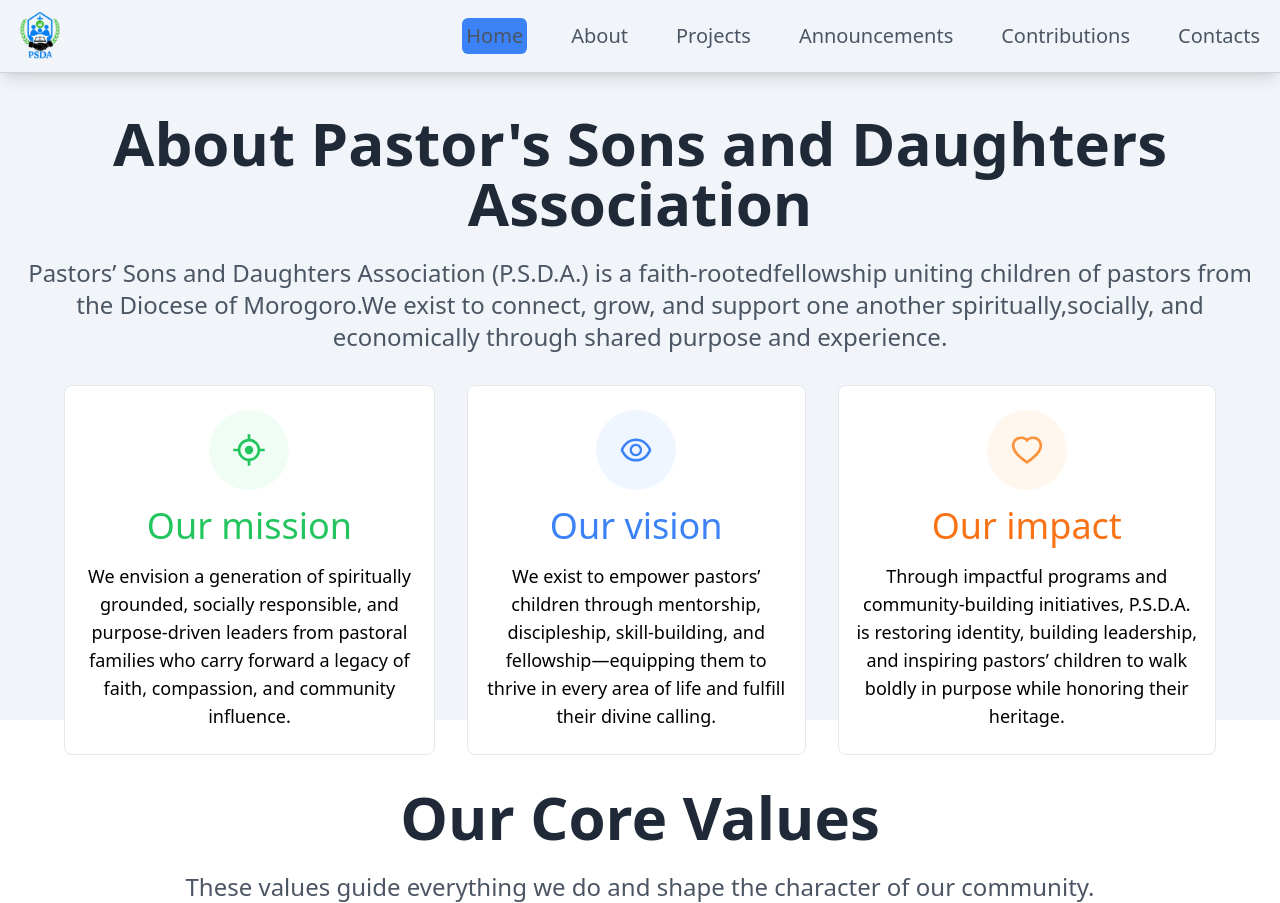
Repository: Zedestar/psda
Page: /about
These files come from the project's save history. The page is drawn as it stood at one moment and after the next save; the edit follows.
The browser window is 1280 px wide. The pictures show the whole page.
The project was rebuilt for these pictures with package versions that can differ from the ones it lists, and the page was loaded fresh each time. Also part of the build but not shown: src/pages/home/home.jsx, src/pages/projects/projects.jsx, src/pages/announcements/announcements.jsx, src/pages/contirbutions/contributions.jsx, src/pages/contacts/contacts.jsx.

Above is the page before, as saved 2025-07-19 08:28:31.

After the next save:
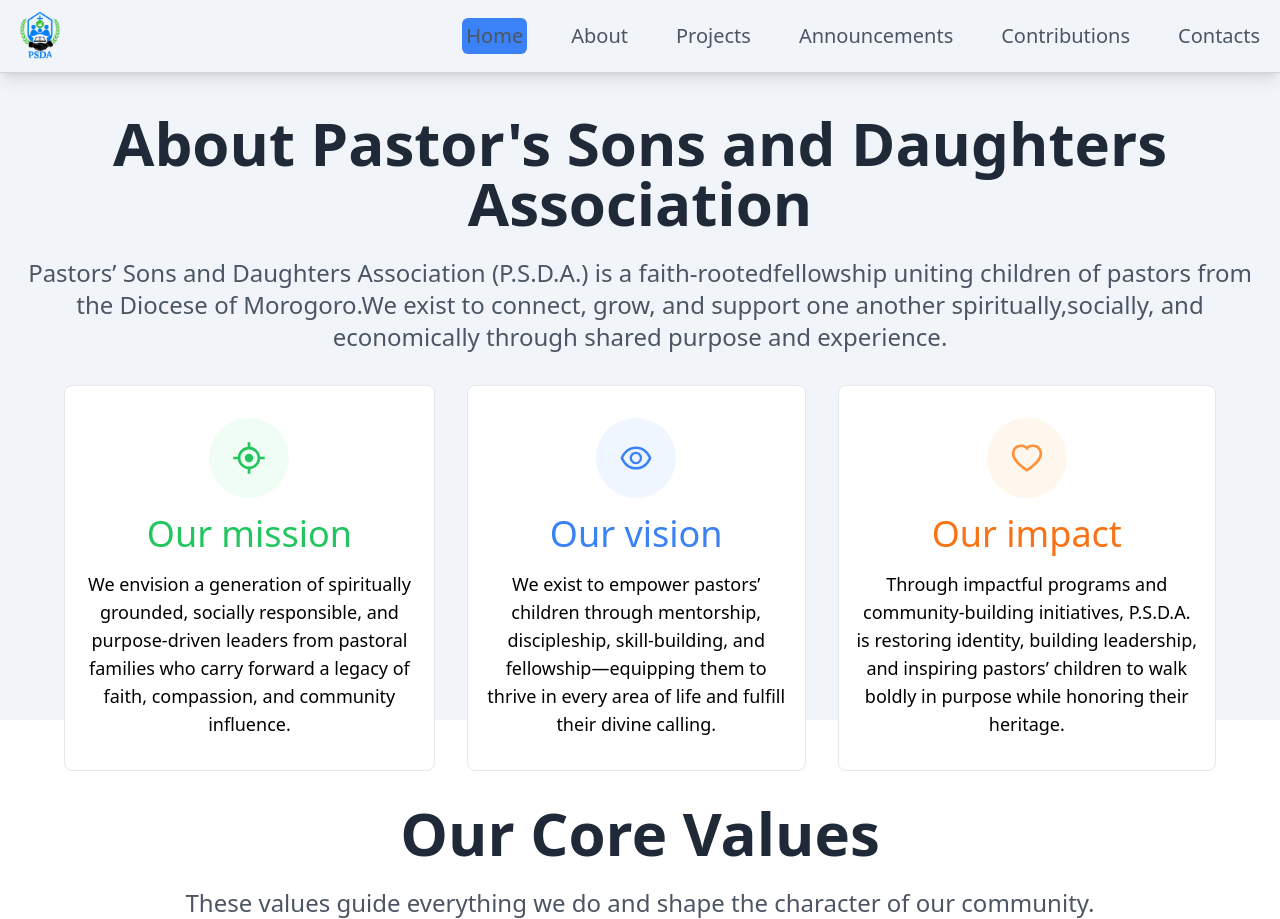
Saved 7 s later.
--- a/src/pages/about/about.jsx
+++ b/src/pages/about/about.jsx
@@ -13,7 +13,7 @@ function AboutPage() {
         </div>
         <div className="flex flex-col lg:flex-row items-center justify-around mx-12">
           {mission_vission_impact_data.map((item) => (
-            <div className="border flex flex-col justify-center mx-4 my-3 space-y-4 px-4 py-6 rounded-lg text-center max-w-lg hover:shadow-slate-800 bg-white">
+            <div className="border flex flex-col justify-center mx-4 my-3 space-y-4 px-4 py-8 rounded-lg text-center max-w-lg hover:shadow-slate-800 bg-white">
               <div className="w-full flex items-center justify-center">
                 <div
                   className={`flex items-center justify-center rounded-full ${item.color} w-20 h-20`}
